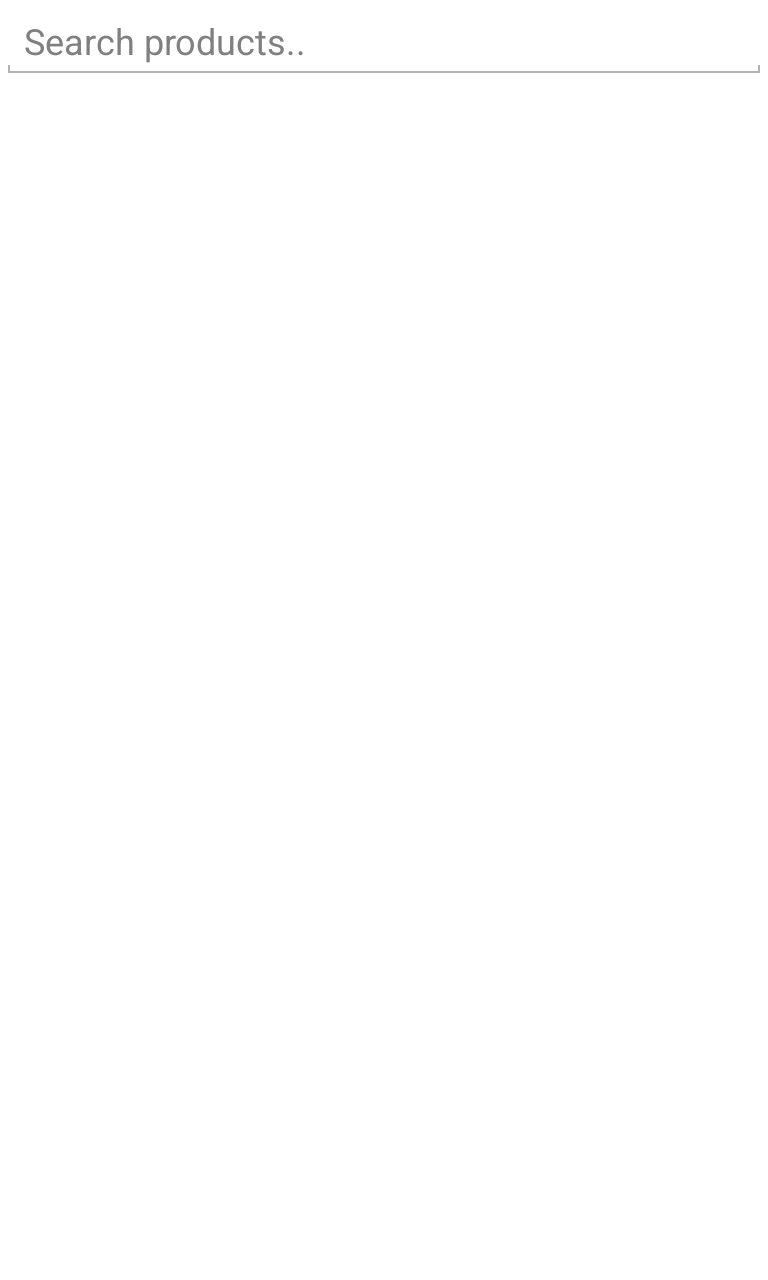
Repository: ernopp/ShopMap
Layout: Shop_Map/res/layout/activity_main.xml
An editor plug-in stored every save of this project. The layout is shown before and after the next save, followed by the edit.
It is drawn on a 768 x 1280 px phone screen (xhdpi) without system bars, with theme AppTheme; the app's code is not run. Lists and similar views that code fills are empty.

Above is the layout before, as saved 2013-02-20 01:24:50.

### Shop_Map/res/layout/activity_main.xml
<LinearLayout xmlns:android="http://schemas.android.com/apk/res/android"
    xmlns:tools="http://schemas.android.com/tools"
    android:layout_width="match_parent"
    android:layout_height="match_parent"
    tools:context=".MainActivity">

    <EditText
		    android:id="@+id/inputSearch"
		    android:layout_width="fill_parent"
		    android:layout_height="wrap_content"
		    android:ems="10"
		    android:hint="Search products.."
		    android:inputType="textVisiblePassword" />

    <Button
        android:id="@+id/button1"
        android:layout_width="match_parent"
        android:layout_height="wrap_content"
        android:text="Find countries that are Selected" />

	<ListView android:id="@+id/list_view" android:layout_width="fill_parent"
	android:layout_height="fill_parent" />

</LinearLayout>

Loaded but not shown: Shop_Map/res/values/styles.xml (common file); Shop_Map/res/values-v11/styles.xml (common file); Shop_Map/res/values-v14/styles.xml (common file)

After the next save:
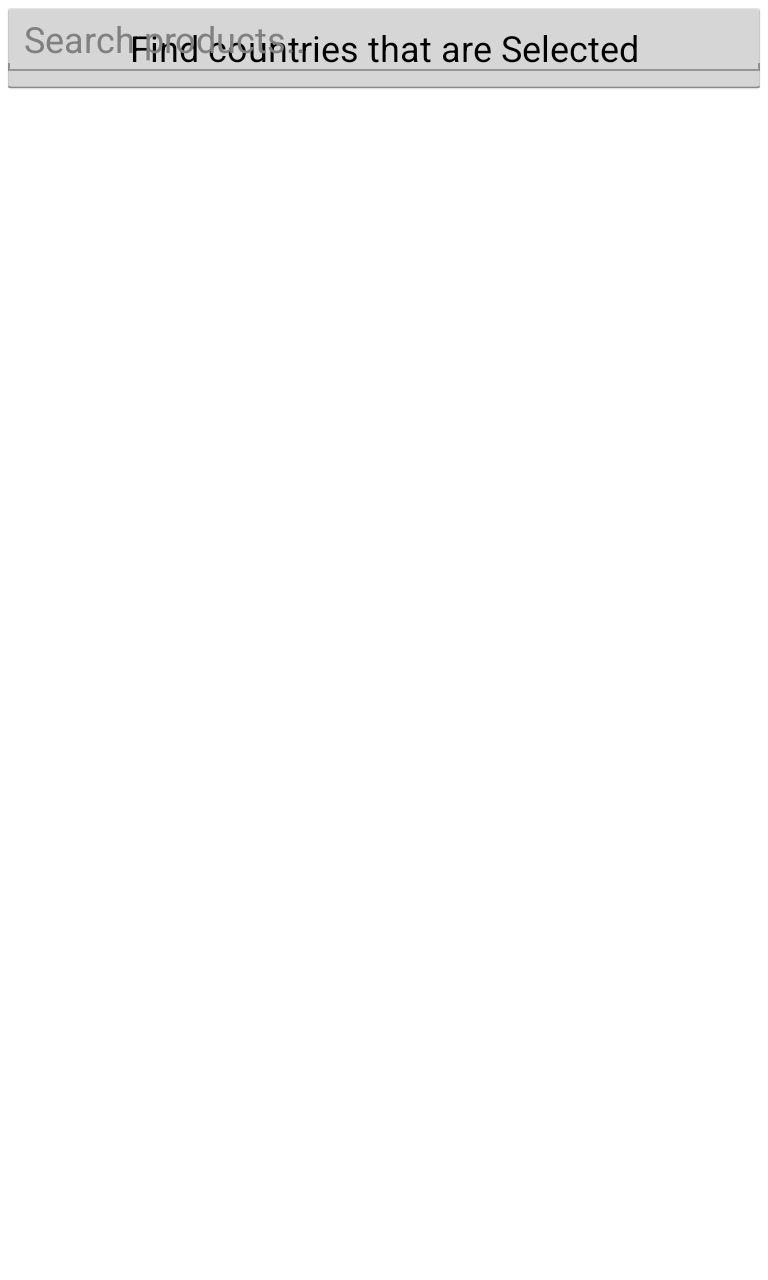
Saved 73 s later.
--- a/Shop_Map/res/layout/activity_main.xml
+++ b/Shop_Map/res/layout/activity_main.xml
@@ -1,16 +1,8 @@
-<LinearLayout xmlns:android="http://schemas.android.com/apk/res/android"
+<RelativeLayout xmlns:android="http://schemas.android.com/apk/res/android"
     xmlns:tools="http://schemas.android.com/tools"
     android:layout_width="match_parent"
     android:layout_height="match_parent"
     tools:context=".MainActivity">
-
-    <EditText
-		    android:id="@+id/inputSearch"
-		    android:layout_width="fill_parent"
-		    android:layout_height="wrap_content"
-		    android:ems="10"
-		    android:hint="Search products.."
-		    android:inputType="textVisiblePassword" />
 
     <Button
         android:id="@+id/button1"
@@ -18,7 +10,15 @@
         android:layout_height="wrap_content"
         android:text="Find countries that are Selected" />
 
-	<ListView android:id="@+id/list_view" android:layout_width="fill_parent"
-	android:layout_height="fill_parent" />
+    <EditText
+        android:id="@+id/inputSearch"
+        android:layout_width="fill_parent"
+        android:layout_height="wrap_content"
+        android:ems="10"
+        android:hint="Search products.."
+        android:inputType="textVisiblePassword" />
 
-</LinearLayout>
+
+
+
+</RelativeLayout>
